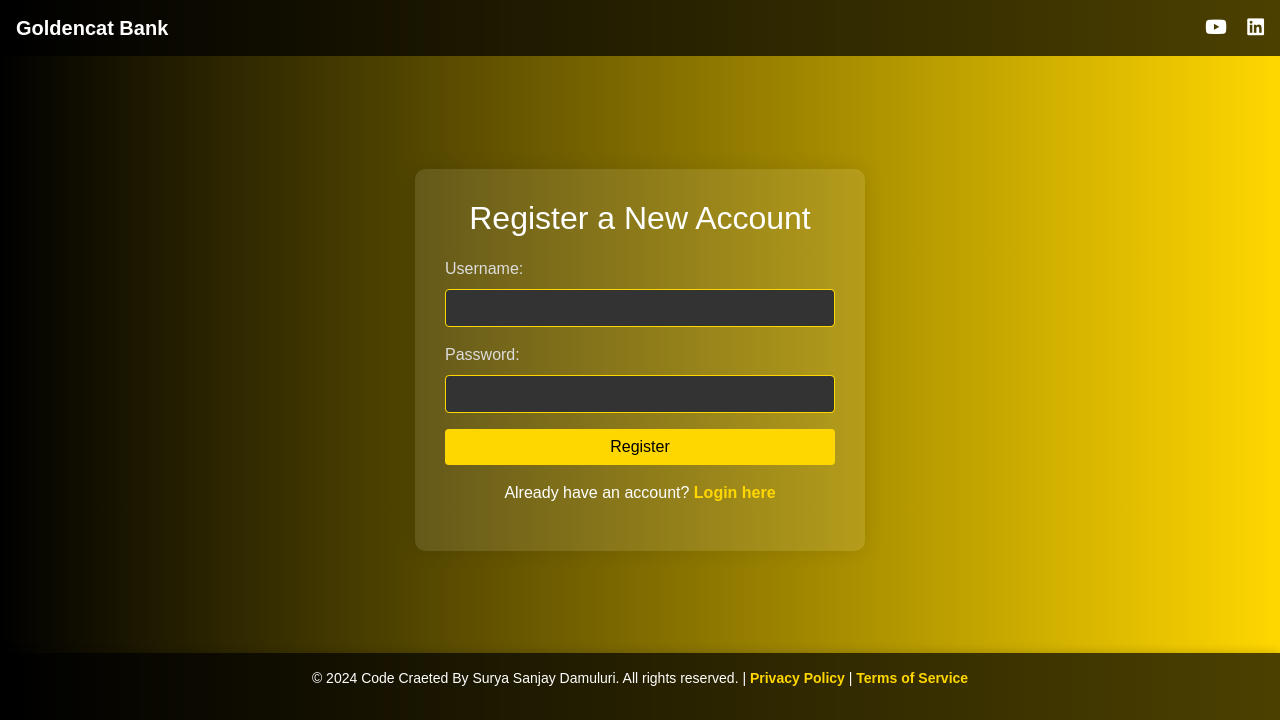
Repository: Suryadamuluri/BankX
Page: http://localhost/register
These files come from the project's save history. The page is drawn as it stood at one moment and after the next save; the edit follows.
The browser window is 1280 px wide. The pictures show the whole page.
The page is this project's Thymeleaf template; nobody is signed in. The template is opened directly, without the code that normally fills it, so the values that code supplies are empty.

Above is the page before, as saved 2025-01-24 18:19:11.

After the next save:
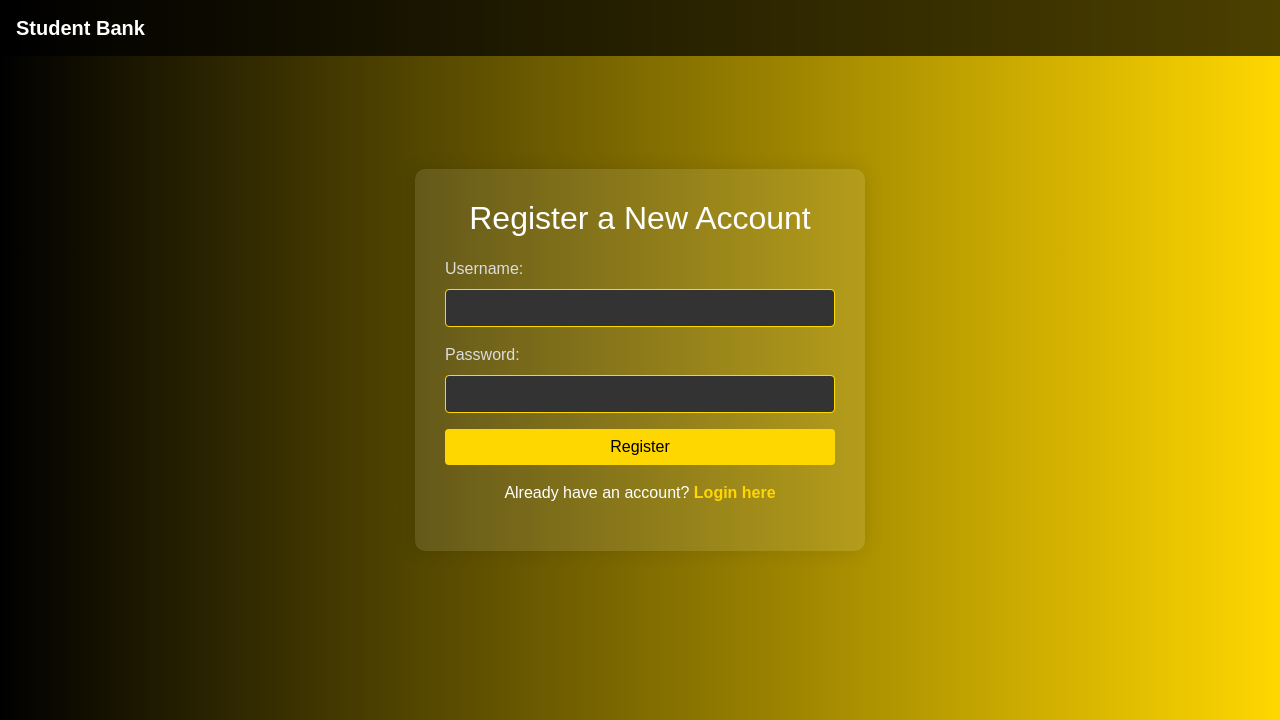
Saved 88 s later.
--- a/BankApplication/src/main/resources/templates/register.html
+++ b/BankApplication/src/main/resources/templates/register.html
@@ -116,15 +116,7 @@
 </head>
 <body>
 <nav class="navbar navbar-expand-lg navbar-custom">
-    <a class="navbar-brand" href="#">Goldencat Bank</a>
-    <div class="ml-auto social-icons">
-        <a href="https://www.youtube.com" target="_blank" title="YouTube">
-            <i class="fab fa-youtube"></i>
-        </a>
-        <a href="https://www.linkedin.com" target="_blank" title="LinkedIn">
-            <i class="fab fa-linkedin"></i>
-        </a>
-    </div>
+    <a class="navbar-brand" href="#">Student Bank</a>
 </nav>
 
 <div class="container">
@@ -147,10 +139,7 @@
     </div>
 </div>
 
-<!-- Footer -->
-<footer class="footer">
-    <p>&copy; 2024 Code Craeted By Surya Sanjay Damuluri. All rights reserved. | <a href="#" class="custom-link">Privacy Policy</a> | <a href="#" class="custom-link">Terms of Service</a></p>
-</footer>
+
 
 </body>
 </html>
